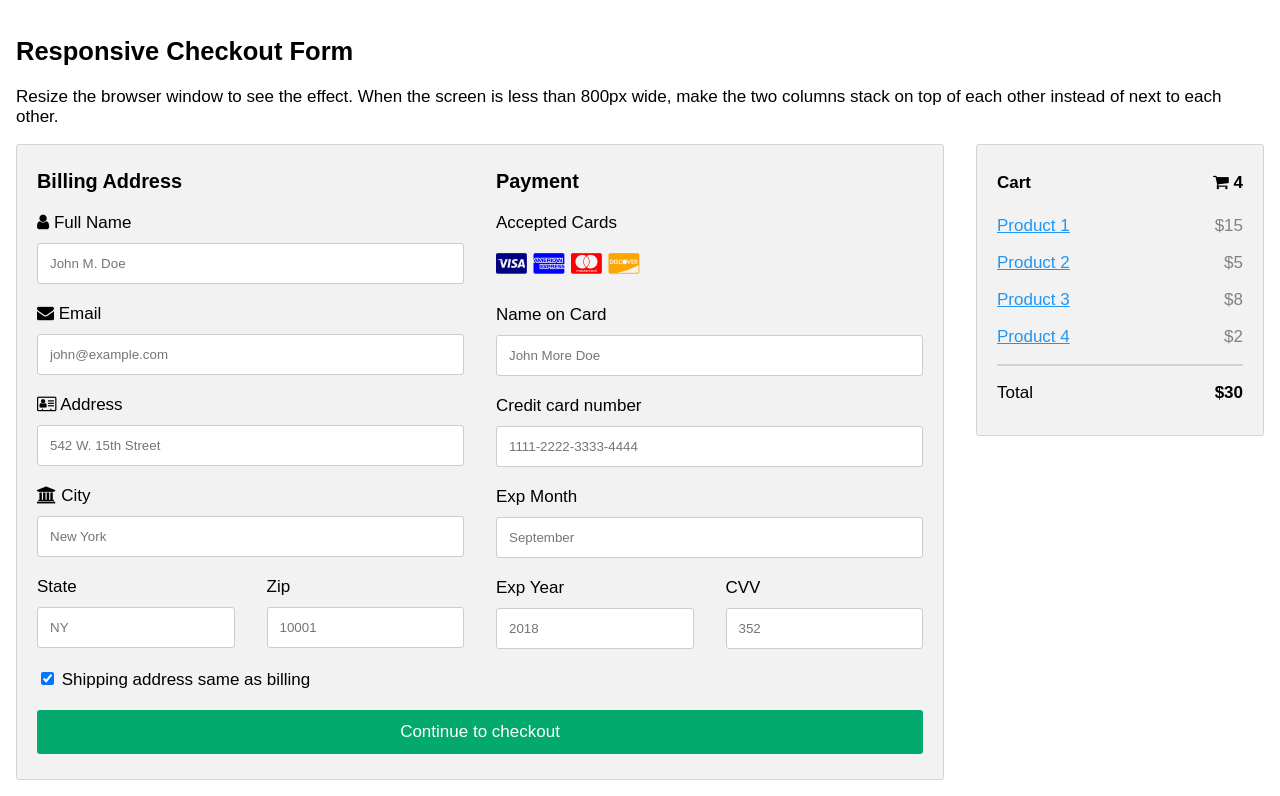
Repository: KanimozhiThandapani/Phase2AirlineBookingProject
Page: http://localhost/AirlineBooking/dummyPayment.jsp
An editor plug-in stored every save of this project. The page is shown before and after the next save, followed by the edit.
The browser window is 1280 px wide. The pictures show the whole page.
The page is served by Tomcat 9.

Above is the page before, as saved 2022-04-26 09:43:45.

After the next save:
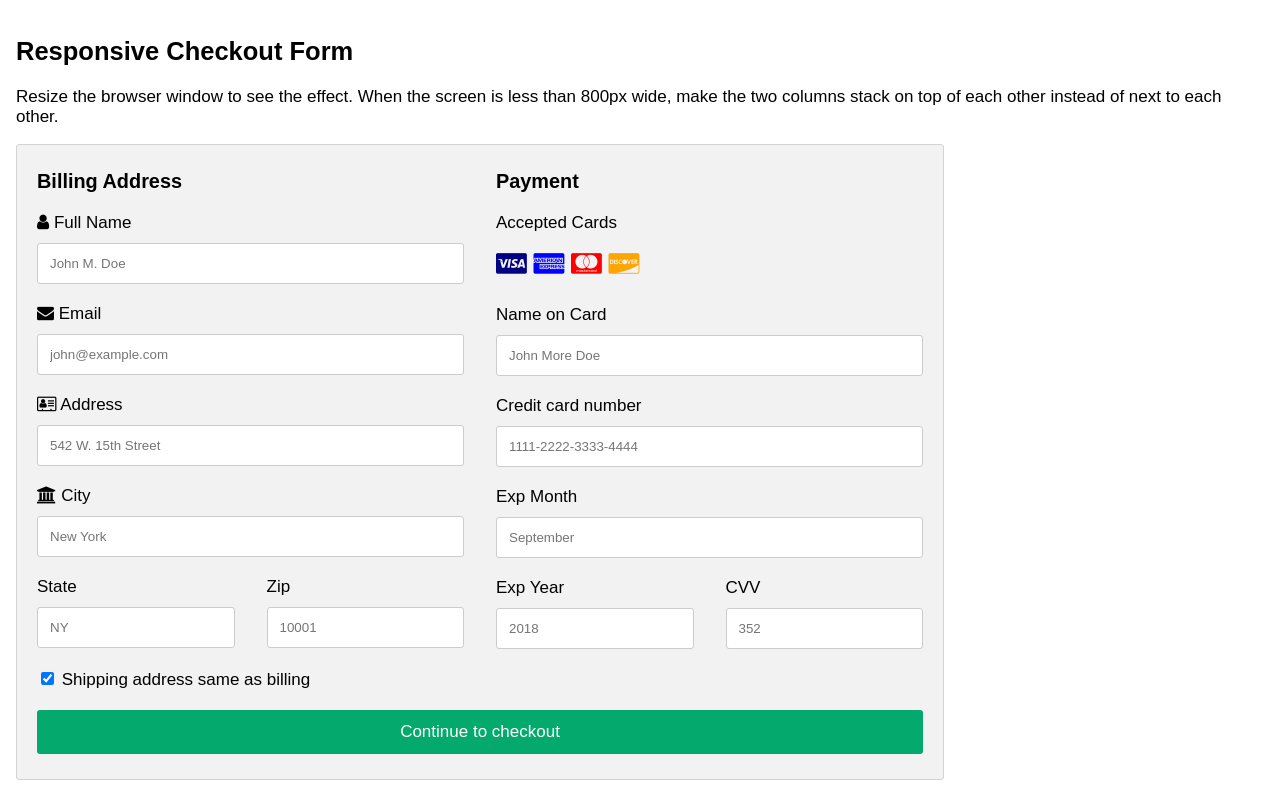
Saved 43 s later.
--- a/AirlineBooking/WebContent/dummyPayment.jsp
+++ b/AirlineBooking/WebContent/dummyPayment.jsp
@@ -180,15 +180,7 @@ span.price {
     </div>
   </div>
   <div class="col-25">
-    <div class="container">
-      <h4>Cart <span class="price" style="color:black"><i class="fa fa-shopping-cart"></i> <b>4</b></span></h4>
-      <p><a href="#">Product 1</a> <span class="price">$15</span></p>
-      <p><a href="#">Product 2</a> <span class="price">$5</span></p>
-      <p><a href="#">Product 3</a> <span class="price">$8</span></p>
-      <p><a href="#">Product 4</a> <span class="price">$2</span></p>
-      <hr>
-      <p>Total <span class="price" style="color:black"><b>$30</b></span></p>
-    </div>
+
   </div>
 </div>
 
